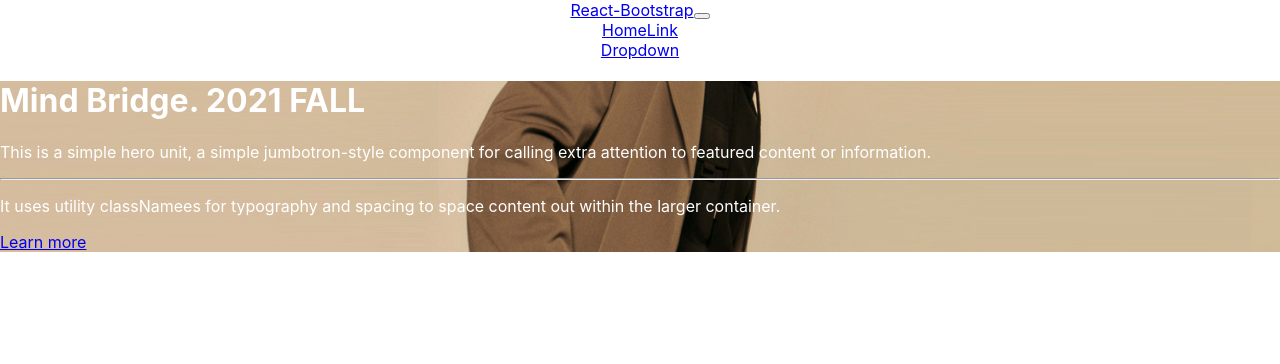
Repository: eunsuneun/react-shop
Page: /
An editor plug-in stored every save of this project. The page is shown before and after a run of saves, followed by the edit.
The browser window is 1280 px wide. The pictures show the whole page.
The project was rebuilt for these pictures with package versions that can differ from the ones it lists, and the page was loaded fresh each time.

Above is the page before, as saved 2021-08-25 20:21:02.

After the next 2 saves:
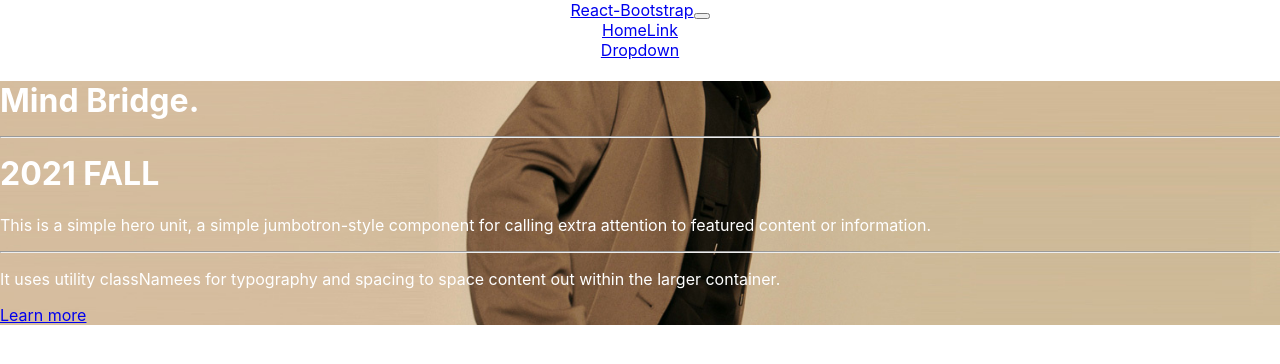
The 2 saves are shown as one change because they came seconds apart.
The last was saved 48 s later.
--- a/src/App.js
+++ b/src/App.js
@@ -32,7 +32,10 @@ function App() {
         </Container>
       </Navbar>
       <div className='jumbotron visual'>
-        <h1 className='display-4'>Mind Bridge. 2021 FALL</h1>
+        <h1 className='display-4'>
+          Mind Bridge. <hr />
+          2021 FALL
+        </h1>
         <p className='lead'>
           This is a simple hero unit, a simple jumbotron-style component for
           calling extra attention to featured content or information.
